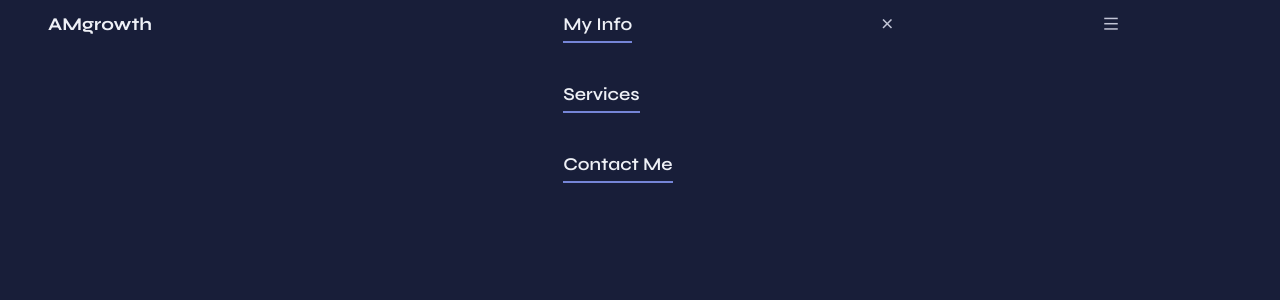
Repository: Ademaulana100499/portofolio
Page: index.html
These files come from the project's save history. The page is drawn as it stood at one moment and after the next save; the edit follows.
The browser window is 1280 px wide. The pictures show the whole page.
Some web fonts or font styles are not loaded; a fallback is used.

Above is the page before, as saved 2024-11-28 15:20:25.

### index.html
<!DOCTYPE html>
<html lang="en">
  <head>
    <meta charset="UTF-8" />
    <meta name="viewport" content="width=device-width, initial-scale=1.0" />
    <title>AMgrowth</title>
    <link rel="shortcut icon" href="assets/img/Favicon.png" />
    <link
      href="https://cdn.jsdelivr.net/npm/remixicon/fonts/remixicon.css"
      rel="stylesheet"
    />
    <link rel="stylesheet" href="assets/css/style.css" />
  </head>
  <body>
    <!-- HEADER -->
    <header class="header" id="header">
      <nav class="nav container">
        <a href="#" class="nav__logo">AMgrowth</a>

        <div class="nav__menu" id="nav-menu"></div>
        <ul class="nav__list">
          <li>
            <a href="#home" class="nav__link">Home</a>
          </li>
          <li>
            <a href="#project" class="nav__link">Project</a>
          </li>
          <li>
            <a href="#info" class="nav__link">My Info</a>
          </li>
          <li>
            <a href="#services" class="nav__link">Services</a>
          </li>
          <li>
            <a href="#contact" class="nav__link">Contact Me</a>
          </li>
        </ul>
        <!-- Close Button -->
        <div class="nav__close" id="nav-close">
          <i class="ri-close-line"></i>
        </div>
        <!-- Toggle Button -->
        <div class="nav__toggle" id="nav-toggle">
          <i class="ri-menu-line"></i>
        </div>
      </nav>
    </header>

    <!-- MAIN -->
    <main class="main" id="main"></main>

    <!-- FOOTER -->
    <footer class="footer" id="footer"></footer>
    <!-- SCROLL UP -->
    <!-- SCROLLREVEAL -->
    <script src=""></script>
    <!-- EMAIL JS -->
    <script src=""></script>
    <!-- MAIN JS -->
    <script src="assets/js/main.js"></script>
  </body>
</html>

### assets/css/style.css
@import url("https://fonts.googleapis.com/css2?family=Kite+One&family=Oooh+Baby&family=Orelega+One&family=Poppins:ital,wght@0,100;0,200;0,300;0,400;0,500;0,600;0,700;0,800;0,900;1,100;1,200;1,300;1,400;1,500;1,600;1,700;1,800;1,900&family=Syne:wght@400..800&display=swap");

/* VARIABLE CSS */
:root {
  --header-height: 3rem;

  /* Colors */
  --hue: 230;
  --first-color: hsl(var(--hue), 55%, 55%);
  --first-color-light: hsl(var(--hue), 55%, 65%);
  --first-color-alt: hsl(var(--hue), 50%, 50%);
  --title-color: hsl(var(--hue), 30%, 95%);
  --text-color: hsl(var(--hue), 20%, 80%);
  --text-color-light: hsl(var(--hue), 20%, 70%);
  --body-color: hsl(var(--hue), 40%, 16%);
  --container-color: hsl(var(--hue), 40%, 20%);

  /* Font and typography */
  --body-font: "Syne", sans-serif;
  --biggest-font-size: 3rem;
  --h1-font-size: 1.5rem;
  --h2-font-size: 1.25rem;
  --h3-font-size: 1rem;
  --normal-font-size: 0.938rem;
  --small-font-size: 0.813rem;
  --smaller-font-size: 0.75rem;

  /* Font weight */
  --font-regular: 400;
  --font-semi-bold: 600;
  --font-bold: 700;

  /* z index */
  --z-tooltip: 10;
  --z-fixed: 100;
}
/* Responsive typography */
@media screen and (min-width: 1150px) {
  :root {
    --biggest-font-size: 5.5rem;
    --big-font-size: 2.75rem;
    --h1-font-size: 2.25rem;
    --h2-font-size: 1.5rem;
    --h3-font-size: 1.25rem;
    --normal-font-size: 1.125rem;
    --small-font-size: 0.875rem;
  }
}

/* BASE */
* {
  margin: 0;
  padding: 0;
  box-sizing: border-box;
}

html {
  scroll-behavior: smooth;
}

body,
input,
textarea,
button {
  font-family: var(--body-font);
  font-size: var(--normal-font-size);
}

body {
  background-color: var(--body-color);
  color: var(--text-color);
}
input,
button,
textarea {
  outline: none;
  border: none;
}

h1,
h2,
h3 {
  color: var(--title-color);
  font-weight: var(--font-semi-bold);
}
p {
  line-height: 130%;
}

ul {
  list-style: none;
}

a {
  text-decoration: none;
}

img {
  display: block;
  max-width: 100%;
  height: auto;
}

/* REUSABLE CSS CLASSES */
.container {
  max-width: 1120px;
  margin-inline: 1.5rem;
}

.grid {
  display: grid;
  gap: 1.5rem;
}

.section {
  padding-block: 5rem 2rem;
}

.section__title {
  font-size: var(--h1-font-size);
  text-align: center;
  margin-bottom: 2rem;
  font-weight: var(--font-bold);
}
main {
  overflow: hidden;
}

/* HEADER & NAV */
.header {
  position: fixed;
  width: 100%;
  top: 0;
  left: 0;
  background-color: transparent;
  z-index: var(--z-fixed);
}
.nav {
  position: relative;
  height: var(--header-height);
  display: flex;
  justify-content: space-between;
  align-items: center;
  padding: 0 1.5rem;
}

.nav__logo {
  color: var(--title-color);
  font-weight: var(--font-bold);
  line-height: 1;
}
.nav-toggle,
.nav-close {
  font-size: 1.5rem;
  cursor: pointer;
  color: var(--title-color);
}
/* Navigation for mobile */
@media screen and (max-width: 1150px) {
  .nav__menu {
    position: fixed;
    top: 0;
    right: 0;
    background-color: hsla(var(--hue), 70%, 4%, 0.2);
    backdrop-filter: blur(16px);
    -webkit-backdrop-filter: blur(16px);
    width: 80%;
    height: 100%;
    padding: 7rem 3rem;
    transition: right 0.4s;
  }
}
.nav__list {
  display: flex;
  flex-direction: column;
  row-gap: 3rem;
}
.nav__link {
  position: relative;
  color: var(--title-color);
  font-weight: var(--font-semi-bold);
  transition: color 0.4s;
}
.nav__link::after {
  content: "";
  width: 100%;
  height: 2px;
  background-color: var(--first-color-light);
  position: absolute;
  left: 0;
  bottom: -0.5rem;
  transition: width 0.3s;
}
.nav__link:hover {
  color: var(--first-color-light);
}
.nav__link:hover::after {
  width: 30%;
}

/* Show Menu */
/* Add blur to header */
/* Active link */

/* HOME */

Loaded but not shown: assets/js/main.js (no copy from this time; the picture is the same without it)

After the next save:
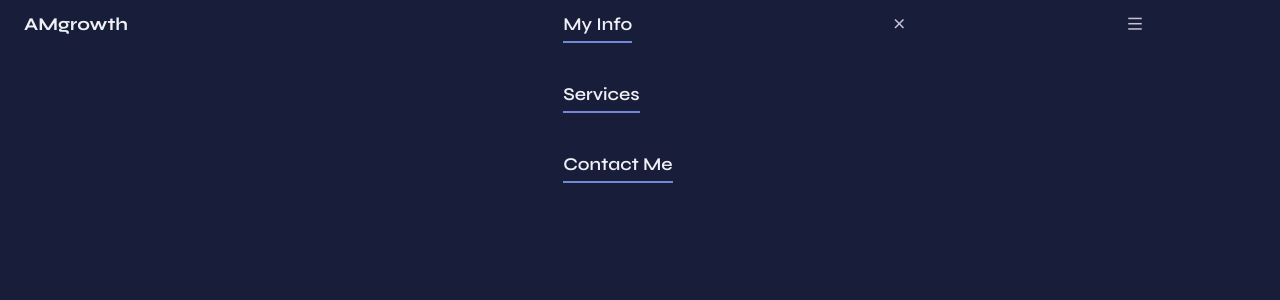
Saved 17 s later.
--- a/assets/css/style.css
+++ b/assets/css/style.css
@@ -141,13 +141,11 @@ main {
   display: flex;
   justify-content: space-between;
   align-items: center;
-  padding: 0 1.5rem;
 }
 
 .nav__logo {
   color: var(--title-color);
   font-weight: var(--font-bold);
-  line-height: 1;
 }
 .nav-toggle,
 .nav-close {
